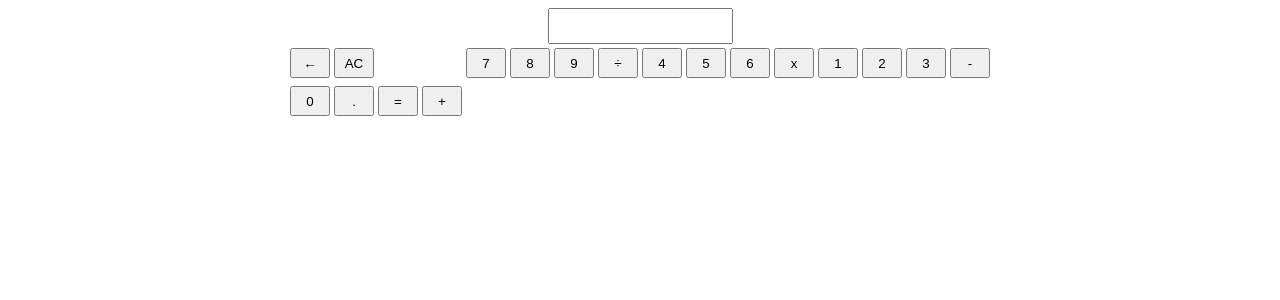
Repository: z1youRA/MyCalculator
Page: index.html
An editor plug-in stored every save of this project. The page is shown before and after a run of saves, followed by the edit.
The browser window is 1280 px wide. The pictures show the whole page.

Above is the page before, as saved 2021-12-19 17:18:27.

### index.html
<!DOCTYPE html>
<html lang="en">
<head>
    <meta charset="UTF-8">
    <meta http-equiv="X-UA-Compatible" content="IE=edge">
    <meta name="viewport" content="width=device-width, initial-scale=1.0">
    <title>Document</title>
    <link rel='stylesheet' href='./css/styles.css'>
</head>
<body>
    <div class='container'>
        <input type='text'>
        <div class='buttons'>
            <div class='first-row row'>
                <button class='back'>←</button>
                <button class='clear'>AC</button>
            </div>
            <div class='second-row row'>
                <button class='num'>7</button>
                <button class='num'>8</button>
                <button class='num'>9</button>
                <button class='ope'>÷</button>
            </div>
            <div class='third-row row'>
                <button class='num'>4</button>
                <button class='num'>5</button>
                <button class='num'>6</button>
                <button class='ope'>x</button>
            </div>
            <div class='fourth-row row'>
                <button class='num'>1</button>
                <button class='num'>2</button>
                <button class='num'>3</button>
                <button class='ope'>-</button>
            </div>
            <div class='fifth-row row'>
                <button class='num'>0</button>
                <button class='num point'>.</button>
                <button class='calcu'>=</button>
                <button class='ope'>+</button>
            </div>
        </div>
    </div>

</body>
<script src='script.js'>
</script>
</html>

### css/styles.css
.container {
    display: flex;
    align-items: center;
    justify-content: center;
    flex-direction: column;
}

input {
    height: 30px;
}



.buttons {
    display: grid;
    grid-template-columns: repeat(4, 1fr);
}

.row {
    margin:4px 2px;
}


button {
    height: 30px;
    width: 40px;
}

### script.js
function add(num1, num2) {
    return +num1 + +num2;
}

function subtract(num1, num2) {
    return +num1 - +num2;
}

function multiply(num1, num2) {
    return +num1 * +num2;
}

function divide(num1, num2) {
    return +num1 / +num2;
}

function operate() {
    if(operator === '+') {
        result = add(num1, num2);
    }
    if(operator === '-') {
        result = subtract(num1, num2);
    }
    if(operator === '*'|| operator === 'x') {
        result = multiply(num1, num2);
    }
    if(operator === '/'|| operator === '÷') {
        if(num2 == 0) {
            clear()
            input.value = 'ERROR';
            return;
        }
        result = divide(num1, num2);
    }
    input.value = Math.round(result * 100000) / 100000;

}

function clear() {
    input.value = '';
    num1 = '';
    num2 = '';
    operator = '';
    result = '';
    flag = 0;
    pointFlag = 0;
}

function inputNum() {
    if(flag === 1 && num2 === '') { //clear the screen when input the second operand.
        input.value = '';
    }
    const number = this.textContent;
    if(number === '.') {
        if(pointFlag === 1) {
            return;
        }
        pointFlag = 1;
    }
    input.value += number;
    if(flag === 0) {
        num1 += number;
    }
    else
        num2 += number;
}

function inputOperator() {
    if(num1 !== '' && num2 !== '' && operator !== '') { //if user didn't press the = button each time.
        operate();
    }
    if(result != '') { //for a second successive operation
        num1 = result;
        num2 = '';
    }
    operator = this.textContent;
    flag = 1;
    pointFlag = 0;
}

function back() {
    if(flag === 0 && num1.length > 0) {
        num1 = num1.slice(0, num1.length - 1);
        input.value = num1;
    }
    else if(flag === 1 && num2.length > 0){
        num2 = num2.slice(0, num2.length - 1);
        input.value = num2;
    }
}

let flag = 0; //if num1 exists flag == 1
let num1 = '';
let num2 = '';
let operator = '';
let result = '';
let pointFlag = 0;

const input = document.querySelector('input');
const nums = document.querySelectorAll('button.num'); //select all buttons representing numbers
const operators = document.querySelectorAll('button.ope');
const calcu = document.querySelector('.calcu');
const clr = document.querySelector('.clear');
const backspace = document.querySelector('.back');

backspace.addEventListener('click', back);
clr.addEventListener('click', clear);
calcu.addEventListener('click', operate);
nums.forEach(num => {
    num.addEventListener('click', inputNum)
})

operators.forEach(ope => {
    ope.addEventListener('click', inputOperator);
})

After the next 2 saves:
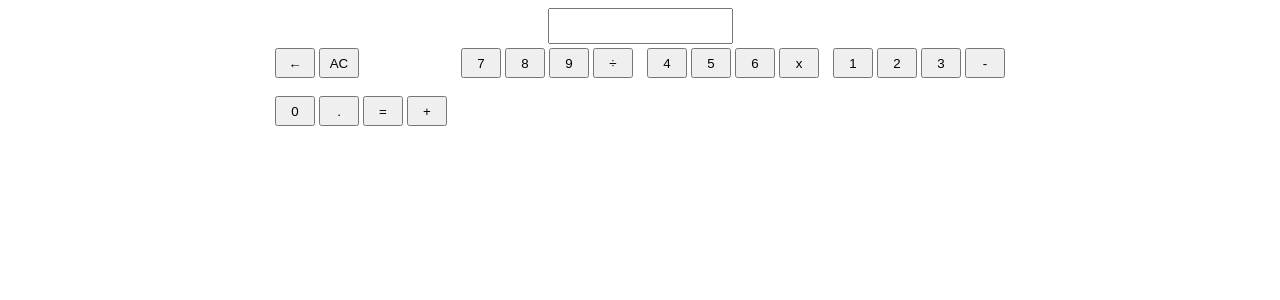
The 2 saves are shown as one change because they came seconds apart.
The last was saved 15 s later.
--- a/css/styles.css
+++ b/css/styles.css
@@ -14,6 +14,7 @@ input {
 .buttons {
     display: grid;
     grid-template-columns: repeat(4, 1fr);
+    grid-gap: 10px;
 }
 
 .row {
